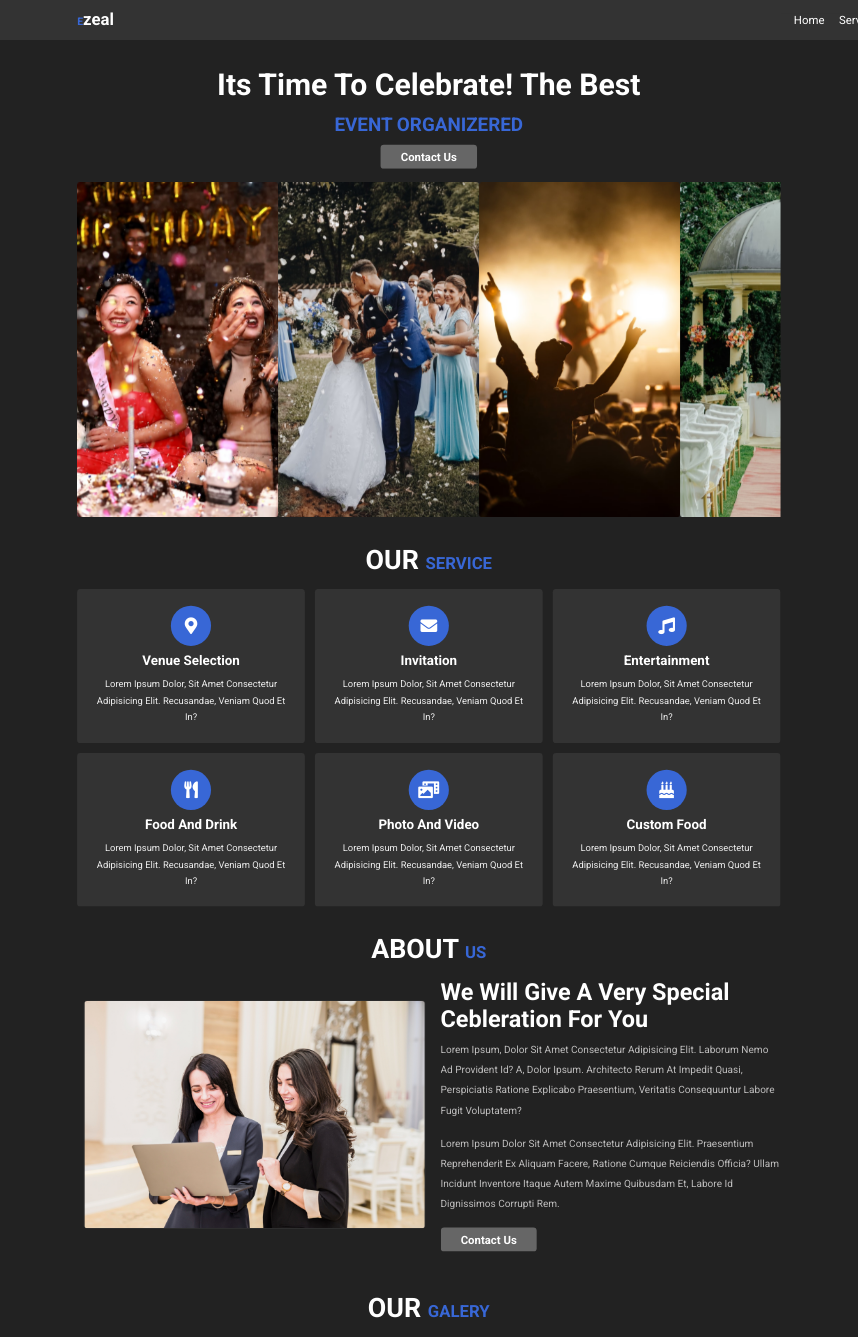
Repository: Jayce1607/First-clone
Page: html/index.html
These files come from the project's save history. The page is drawn as it stood at one moment and after the next save; the edit follows.
The browser window is 1280 px wide. The pictures show the whole page, at 67% of full size.

Above is the page before, as saved 2021-08-26 19:31:18.
Console error: ReferenceError: Swiper is not defined

### html/index.html
<!DOCTYPE html>
<html lang="en">
<head>
  <meta charset="UTF-8">
  <meta http-equiv="X-UA-Compatible" content="IE=edge">
  <meta name="viewport" content="width=device-width, initial-scale=1.0">
  <title>Event Organizer Website Design Using HTML - CSS - Javascript </title>
  <link rel="stylesheet" href="../css/reset.css">
  <link rel="stylesheet" href="../css/app.css">
  <link
  rel="stylesheet"
  href="https://unpkg.com/swiper@7/swiper-bundle.min.css"
/>
  <link rel="stylesheet" href="https://cdnjs.cloudflare.com/ajax/libs/font-awesome/5.15.4/css/all.min.css">
  <link rel="preconnect" href="https://fonts.googleapis.com">
<link rel="preconnect" href="https://fonts.gstatic.com" crossorigin>
<link href="https://fonts.googleapis.com/css2?family=Roboto:ital,wght@0,100;0,300;0,400;0,500;0,700;0,900;1,900&display=swap" rel="stylesheet">

</head>
<body>
  <!-- header start -->
  <header class="header">
    <a href="#" class="logo"><span>E</span>zeal</a>
    <nav class="navbar">
      <a href="#home">Home</a>
      <a href="#service">Service</a>
      <a href="#about">about</a>
      <a href="#galery">galery</a>
      <a href="#price">price</a>
      <a href="#contact">Contact</a>
    </nav>
    <div id="menu-bars" class="fa fa-bars"></div>
  </header>

  <!-- header end  -->
  <!-- home section start -->
  <section class="home" id="home">
    <div class="content">
      <h3>its time to celebrate! the best <span>event organizered</span></h3>
      <a href="#" class="btn">Contact Us</a>
    </div>
    <div class="swiper mySwiper home-slider ">
      <div class="swiper-wrapper wrapper">
        <div class="swiper-slide">
          <img src="../images/slide-1.jpg" alt="">
        </div>
        <div class="swiper-slide">
          <img src="../images/slide-2.jpg" alt="">
        </div>
        <div class="swiper-slide">
          <img src="../images/slide-3.jpg" alt="">
        </div>
        <div class="swiper-slide">
          <img src="../images/slide-4.jpg" alt="">
        </div>
        <div class="swiper-slide">
          <img src="../images/slide-5.jpg" alt="">
        </div>
      </div>
    </div>
  </section>
  <!-- home section end -->
<!-- service section start -->
  <section class="service" id="service">
    <h1 class="heading">Our <span>Service</span></h1>
    <div class="box-container">
      <div class="box">
        <i class="fas fa-map-marker-alt"></i>
        <h3>Venue selection </h3>
        <p>Lorem ipsum dolor, sit amet consectetur adipisicing elit. Recusandae, veniam quod et in?</p>
      </div>
      <div class="box">
        <i class="fas fa-envelope"></i>
        <h3>Invitation </h3>
        <p>Lorem ipsum dolor, sit amet consectetur adipisicing elit. Recusandae, veniam quod et in?</p>
      </div>
      <div class="box">
        <i class="fas fa-music"></i>
        <h3>Entertainment </h3>
        <p>Lorem ipsum dolor, sit amet consectetur adipisicing elit. Recusandae, veniam quod et in?</p>
      </div>
      <div class="box">
        <i class="fas fa-utensils"></i>
        <h3>Food and Drink</h3>
        <p>Lorem ipsum dolor, sit amet consectetur adipisicing elit. Recusandae, veniam quod et in?</p>
      </div>
      <div class="box">
        <i class="fas fa-photo-video"></i>
        <h3>Photo and Video</h3>
        <p>Lorem ipsum dolor, sit amet consectetur adipisicing elit. Recusandae, veniam quod et in?</p>
      </div>
      <div class="box">
        <i class="fas fa-birthday-cake"></i>
        <h3>Custom Food</h3>
        <p>Lorem ipsum dolor, sit amet consectetur adipisicing elit. Recusandae, veniam quod et in?</p>
      </div>
    </div>
  </section>
<!-- service section end -->
<!-- about section start -->
  <section class="about" id="about">
    <h1 class="heading">About <span>Us</span></h1>
    <div class="row">
      <div class="image">
        <img src="../images/about-img.jpg" alt="">
      </div>
      <div class="content">
        <h3>We will give a very special cebleration for you </h3>
        <p>Lorem ipsum, dolor sit amet consectetur adipisicing elit. Laborum nemo ad provident id? A, dolor ipsum. Architecto rerum at impedit quasi, perspiciatis ratione explicabo praesentium, veritatis consequuntur labore fugit voluptatem? </p>
        <p>Lorem ipsum dolor sit amet consectetur adipisicing elit. Praesentium reprehenderit ex aliquam facere, ratione cumque reiciendis officia? Ullam incidunt inventore itaque autem maxime quibusdam et, labore id dignissimos corrupti rem.</p>

        <a href="" class="btn">Contact Us</a>
      </div>
    </div>
  </section>

<!-- about section end -->
<!-- galery section  st-->
<section class="galery" id="galery"></section>
<h1 class="heading">Our <span>Galery</span></h1>
<!-- galery section  end-->

  <script src="../javascript/starter.js"></script>
  <script src="https://unpkg.com/swiper@7/swiper-bundle.min.js"></script>
</body>
</html>

### css/reset.css
:root{
  --main-color:#3867d6;

}
*{
  margin: 0;
  padding: 0;
  border: 0;
  font-size: 100%;
  text-decoration: none;
  text-transform: capitalize;
  transition: .2s linear;
  font-family: 'Roboto', sans-serif;

 }
html, body, div, span, applet, object, iframe,h1, h2, h3, h4, h5, h6, p{
  margin: 0;
  padding: 0;
  border: 0;
  font-size: 62.5%;
  font-family: 'Roboto', sans-serif;
  overflow-x: hidden;
  scroll-padding-top: 7rem;
  scroll-behavior: smooth;
}
html::-webkit-scrollbar{
  width: 1rem;
}
html::-webkit-scrollbar-track{
background: #444;
}
html::-webkit-scrollbar-thumb{
  background: var(--main-color);
  border-radius: 5rem;
}
body{
  background-color: #222;
}
ol, ul {
  list-style: none;
}
img{
  object-fit: cover;
  max-width: 100%;
  width: 100%;
}
section{
  padding: 2rem 9%;
}
.heading{
  text-align: center;
  padding-bottom: 2rem;
  color: #fff;
  text-transform: uppercase;
  font-size: 4rem;
}
.heading span{
  color: var(--main-color);
  text-transform: uppercase;
}

### css/app.css
.header {
  position: fixed;
  top: 0;
  left: 0;
  right: 0;
  z-index: 1000;
  background-color: #333;
  display: flex;justify-content: space-between;
  align-items: center;
  padding: 1.5rem 9%;
}
.header .logo{
  font-weight: bolder;
  font-size: 2.5rem;
  color: #fff;
}
.header .logo span{
  color:var(--main-color);
}
.header .navbar a{
  font-size: 1.7rem;
  color: #fff;
 margin-left: 2rem;
}
.header .navbar a:hover{
  color: var(--main-color);
}
#menu-bars{
  font-size: 3rem;
  color: #fff;
  cursor: pointer;
  display: none;
}
.btn{
  margin-top: 1rem;
  display: inline-block;
  padding: 0.8rem 3rem;
  font-size: 1.7rem;
  border-radius: .5rem;
  border: 0;
  background: #666;
  color: #fff;
  cursor: pointer;
  font-weight: 600;
}
.btn:hover{
  background-color: var(--main-color);
}
/* home section */
.home{
 /* margin-top: 6rem; */

}
.home .content {
  text-align: center;
  padding-top: 6rem;
  margin: 2rem auto;
  max-width: 70rem;
}
.home .content h3{
  font-size: 4.5rem;
  text-align: center;
  color: #fff;
}
.home .content h3 span{
  color: var(--main-color);
  text-transform: uppercase;
}
.home .home-slider .swiper-slide{
  overflow: hidden;
  border-radius: .5rem;
  height: 50rem;
  width: 30rem;
}
.home .home-slider .swiper-slide img{
  width: 100%;
  height: 100%;
  object-fit: cover;
}
/* services */
.service .box-container{
  display: grid;
  grid-template-columns: repeat(auto-fit,minmax(27rem,1fr));
  grid-gap: 1.5rem;
}
.service .box-container .box{
  border-radius: .5rem;
  background-color: #333;
  text-align: center;
  padding: 2.5rem;
}
.service .box-container .box i{
  height: 6rem;
  width: 6rem;
  line-height: 6rem;
  border-radius: 50%;
  font-size: 2.5rem;
  color: #fff;
  background: var(--main-color);
}
.service .box-container .box h3{
  font-size: 2rem;
  color: #fff;
  padding: 1rem 0;
}
.service .box-container .box p{
  font-size: 1.4rem;
  color: #eee;
 line-height: 1.8;
}
/* about */
.about .row{
  display: flex;
  align-items: center;
  flex-wrap: wrap;
  gap: 1.5rem;

}
.about .row .image{
  flex:  1 1 45rem;
  padding: 1rem;
}
.about .row .image img{
  width: 100%;
  border: 1px solid #333;
  border-radius: .5rem;
}
.about .row .content{
  flex:  1 1 45rem;

}
.about .row .content h3{
  font-size: 3.5rem;
  color: #fff;
}
.about .row .content p{
  font-size: 1.5rem;
  color: rgb(190, 189, 189);
  line-height: 2;
  padding: 1rem 0;
}


























/* media queries */
@media (max-width:991px){
  html{
    font-size: 55%;
  }
  .header{
    padding: 1.5rem 2rem;
  }
  section{
    padding: 2rem;
  }

}
@media (max-width:767px){
  .header #menu-bars{
    display: initial;
  }
  .header .navbar{
    position: absolute;
    top: 100%;
    right: 0;
    bottom: 0;
    left: 0;
    border-top: .1px solid #222;
    background-color: #333;
    transform: translateX(100%);
    opacity: 0;
    transition: opacity .5s linear;
  }
  .header .navbar.active{
    transform: translateX(0);
    opacity: 1;
  }
  .fa-times{
    transform: rotate(180deg);
  }
  .header .navbar a{
    display: flex;

    padding: 1.3rem;
    border-radius: .5rem;
    margin: 1.3rem;
    font-size: 1.5rem;
    background:#444;

  }
  .home .content h3{
    font-size: 4rem;
  }
}
@media (max-width:450px){
  html{
    font-size: 50%;
  }
  .home .home-slider .swiper-slide{
    width: 27rem;
  }


}

### javascript/starter.js
const menu=document.querySelector("#menu-bars");
let navbar=document.querySelector(".navbar");
// menu.addEventListener("click",function(e){
//   navbar.style. clipPath="";
// })
menu.addEventListener("click",function(e){
  e.target.classList.toggle("fa-times");
  navbar.classList.toggle("active")
})

window.onscroll=()=>{
  menu.classList.remove("fa-times")
  navbar.classList.remove("active")

}


// slider
var swiper = new Swiper(".home-slider", {
  effect: "coverflow",
  grabCursor: true,
  centeredSlides: true,
  slidesPerView: "auto",
  coverflowEffect: {
    rotate: 0,
    stretch: 0,
    depth: 100,
    modifier: 2,
    slideShadows: true,
  },
  loop:true,
  autoplay:{
    delay:3000,
    disableOnInteraction:false,
  }
});
// end Slider

After the next save:
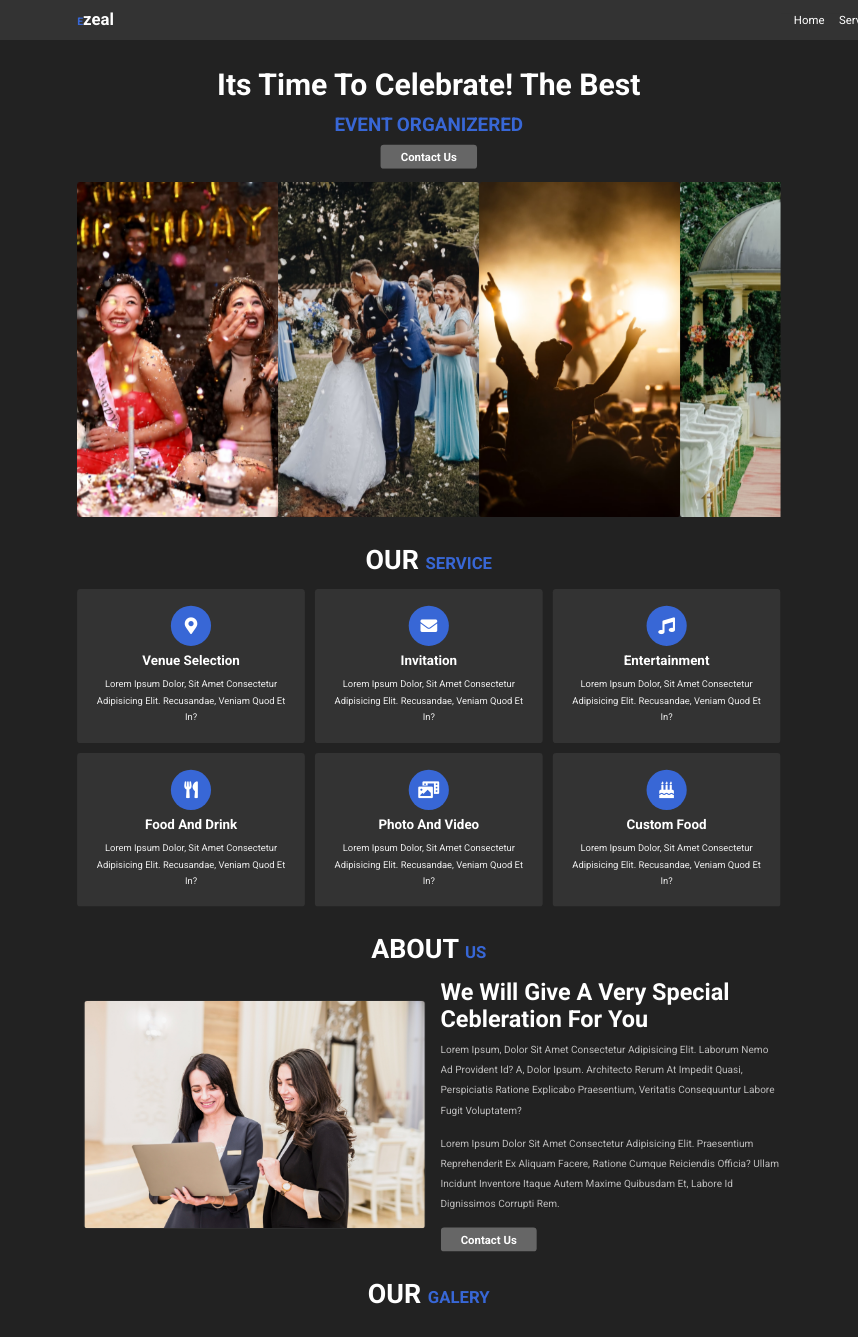
Saved 27 s later.
--- a/html/index.html
+++ b/html/index.html
@@ -116,8 +116,13 @@
 
 <!-- about section end -->
 <!-- galery section  st-->
-<section class="galery" id="galery"></section>
+<section class="galery" id="galery">
 <h1 class="heading">Our <span>Galery</span></h1>
+<div class="box-container">
+  <div class="box"></div>
+</div>
+</section>
+
 <!-- galery section  end-->
 
   <script src="../javascript/starter.js"></script>
